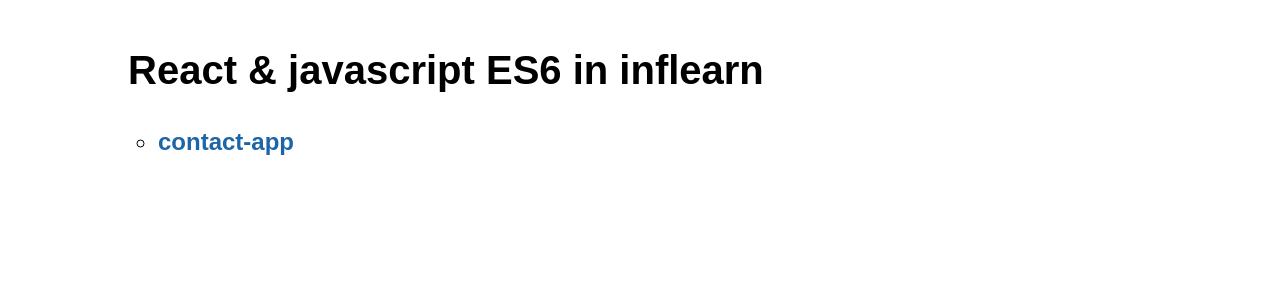
Repository: Hjinyyyy/react_beginner
Page: index.html
These files come from the project's save history. The page is drawn as it stood at one moment and after the next save; the edit follows.
The browser window is 1280 px wide. The pictures show the whole page.

Above is the page before, as saved 2021-10-26 15:00:20.

### index.html
<!DOCTYPE HTML>
<html lang="ko">
<head>
<meta charset="utf-8">
<meta http-equiv="Content-Type" content="text/html; charset=utf-8">
<meta http-equiv="X-UA-Compatible" content="IE=edge">
<meta http-equiv="Content-Security-Policy" content="upgrade-insecure-requests">
<meta name="viewport" content="initial-scale=1.0, width=device-width">

<title>React beginner</title>
<meta name="keywords" content="">
<meta name="description" content="">

<meta property="og:type" content="website">
<meta property="og:title" content="">
<meta property="og:description" content="">
<meta property="og:url" content="">
<meta property="og:image" content="">

<link rel="icon" href="../images/favicon.ico" type="image/x-icon">
<link rel="shortcut icon" href="#" type="image/x-icon">

<!-- PAGE CSS -->
<link rel="preconnect" href="https://fonts.gstatic.com">
<link href="https://fonts.googleapis.com/css2?family=Montserrat:wght@300;400;700&family=Noto+Sans+KR:wght@300;400;500;700&display=swap" rel="stylesheet">
<link href="../react_beginner/css/reset.css" rel="stylesheet">
<link href="../react_beginner/css/default.css" rel="stylesheet">

<!-- JS -->
</head>
<body>
<div class="wrap">
    <h2>React & javascript ES6 in inflearn</h2>
    <ul>
        <li><a href="https://hjinyyyy.github.io/react_beginner/contact-app">contact-app</a></li>
    </ul>
</div>
</body>
</html>

### css/reset.css
@charset "utf-8";

html, body, div, span, applet, object, iframe,
h1, h2, h3, h4, h5, h6, p, blockquote, pre,
a, abbr, acronym, address, big, cite, code,
del, dfn, em, img, ins, kbd, q, s, samp,
small, strike, strong, sub, sup, tt, var,
b, u, i, center,
dl, dt, dd, ol, ul, li,
fieldset, form, label, legend,
table, caption, tbody, tfoot, thead, tr, th, td,
article, aside, canvas, details, embed,
figure, figcaption, footer, header, hgroup,
menu, nav, output, ruby, section, summary,
time, mark, audio, video {
    margin: 0;
    padding: 0;
    border: 0;
    font-size: 100%;
    font: inherit;
    -webkit-tap-highlight-color:rgba(255,255,255,0);
    -moz-tap-highlight-color:rgba(255,255,255,0);
    box-sizing:border-box;
}
body {
    line-height: 1;
    -webkit-overflow-scrolling:touch;
}
article, aside, details, figcaption, figure, footer, header, menu, nav, section {
    display: block;
}
html {
    font-family:sans-serif;
    -ms-text-size-adjust:100%; /* ie */
    -webkit-text-size-adjust:100%; /* IOS */
    -moz-text-size-adjust:100%;
    text-size-adjust:100%;
}
ol, ul {
    list-style: none;
}
blockquote:before, blockquote:after, q:before, q:after {
    content: '';
    content: none;
}
table {
    border-collapse: collapse;
    border-spacing: 0;
}
img {
    vertical-align:middle;
    border:0;
}
a {
    font-family:inherit;
    color:inherit;
    text-decoration:none;
}
.clearfix:after {
    content:'';
    clear:both;
    display:block;
}
button, input, optgroup, select, textarea {
    color: inherit;
    font: inherit;
    margin: 0;
}
textarea, select  {
    appearance:none;
    -webkit-appearance:none;
    -moz-appearance:none;
    border-radius:0;
    -webkit-border-radius:0;
    box-sizing:border-box;
    -webkit-box-sizing:border-box;
}
input {
    line-height:normal;
    border-radius:0;
    -webkit-border-radius:0;
    box-sizing:border-box;
    -webkit-box-sizing:border-box;
}
input[type="text"], input[type="password"], input[type="tel"], input[type="url"], input[type="email"], input[type="number"] {
    appearance:none;
    -webkit-appearance:none;
    -moz-appearance:none;
    border-radius:0;
    -webkit-border-radius:0;
}
input[type="checkbox"], input[type="radio"] {
    box-sizing: border-box;
    padding: 0;
}
button, input[type="button"] {
    background:none;
    border:none;
    padding:0;
    margin:0;
    appearance:none;
    -webkit-appearance:none;
    -moz-appearance:none;
    border-radius:0;
    -webkit-border-radius:0;
    cursor:pointer;
}
button[disabled], input[disabled] {
    cursor: default;
}

### css/default.css
.wrap { margin: 50px auto; width: 80%; }
.wrap h2 { font-size: 2.5rem; font-weight: 600; }
.wrap ul { margin: 40px 0 0; }
.wrap li { list-style: circle; margin: 20px 0 0 30px; font-size: 1.5rem; }
.wrap li:first-child { margin: 0 0 0 30px; }
.wrap li a { color: #1e65a7; font-weight: 600; }
.wrap li a:hover { color: #e0ab2b; }

After the next save:
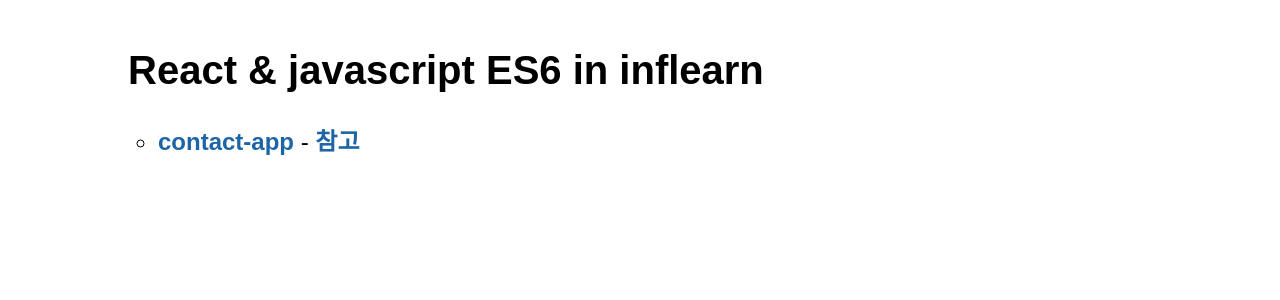
Saved 15 min 5 s later.
--- a/index.html
+++ b/index.html
@@ -32,7 +32,11 @@
 <div class="wrap">
     <h2>React & javascript ES6 in inflearn</h2>
     <ul>
-        <li><a href="https://hjinyyyy.github.io/react_beginner/contact-app">contact-app</a></li>
+        <li>
+            <a href="https://hjinyyyy.github.io/react_beginner/contact-app">contact-app</a>
+            <span>-</span>
+            <a href="https://react-anyone.vlpt.us/">참고</a>
+        </li>
     </ul>
 </div>
 </body>
